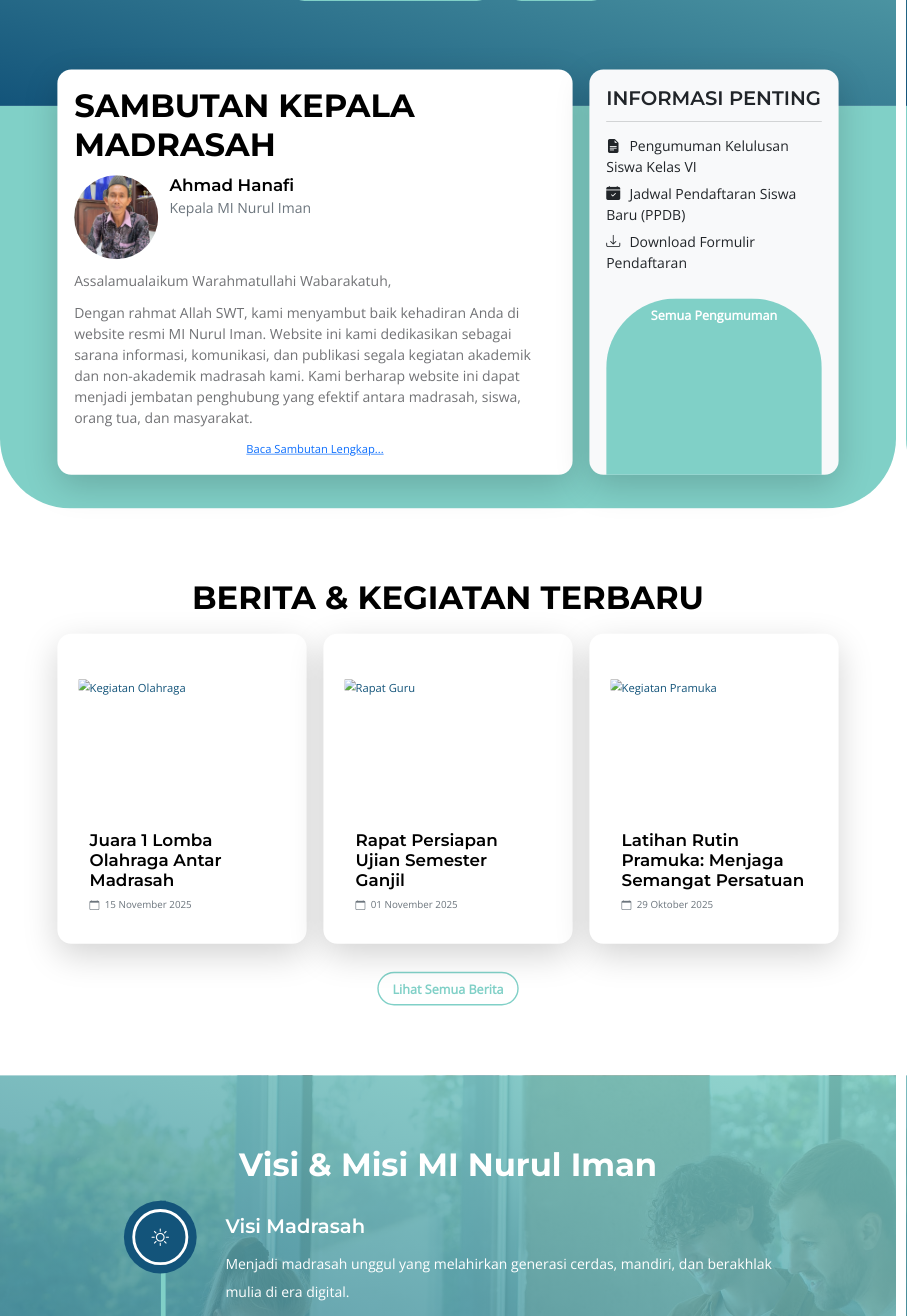
Repository: MKennyChaniago/sekolah-mi-nurul-iman
Page: resources/views/home.blade.php
The author's editor kept a copy of each file at every save. The page is drawn from the files as they stood at one save, then again after a run of saves.
The browser window is 1280 px wide. The page is 1295 px wide, so the pictures cover 1295 px, including what lies to the right of the window. The pictures show the part of the page from y = 476 to 2356 px (the page is 4549 px tall before and 4651 px after), at 70% of full size.
The page is served by the project's Laravel application, run on PHP 8.4 with Laravel 12. The template is opened directly, without the code that normally fills it, so the values that code supplies are empty.

Above is the page before, as saved 2025-12-16 01:29:27.
Console error: TypeError: Cannot read properties of undefined (reading 'top')

After the next 2 saves:
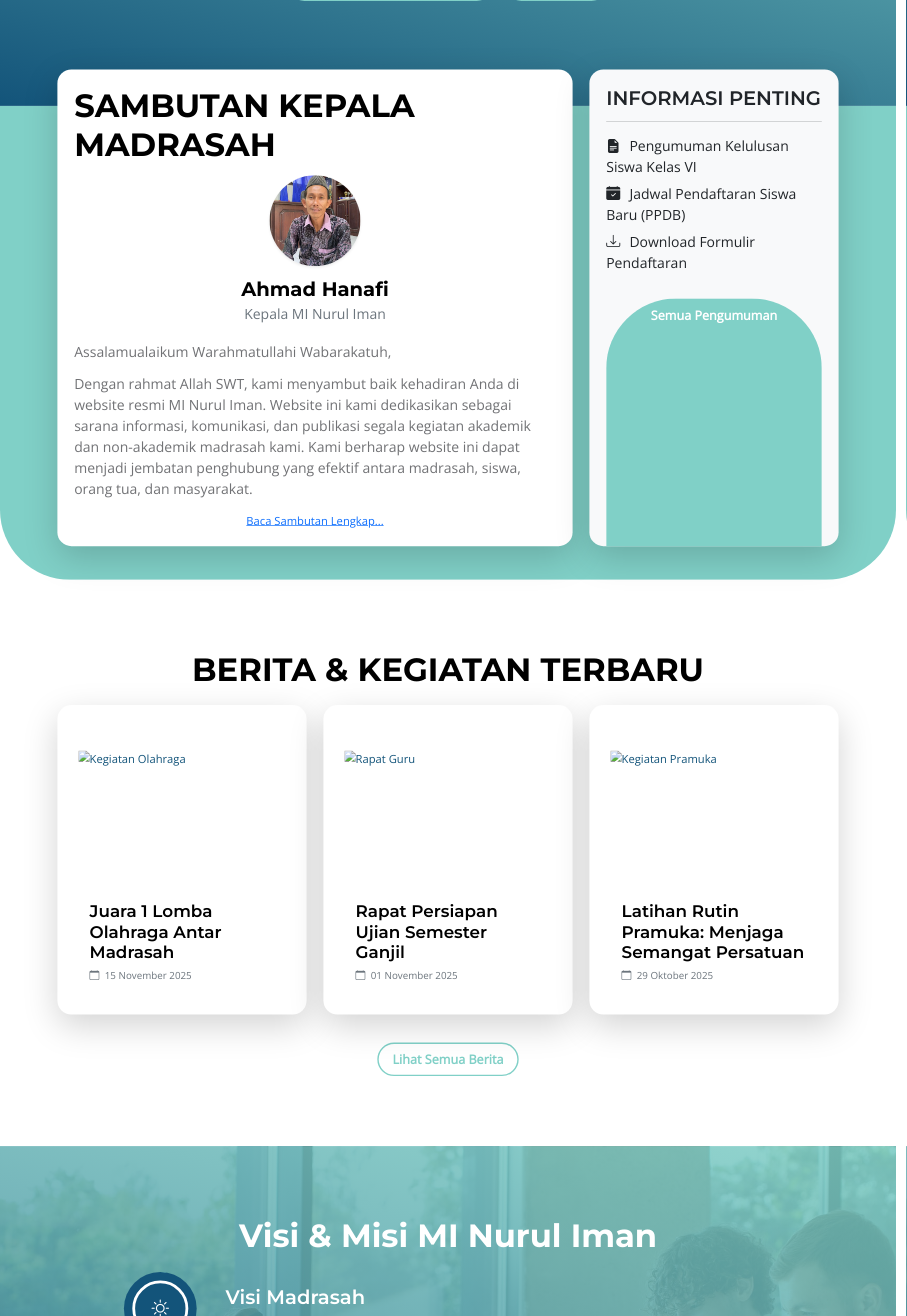
The 2 saves are shown as one change because they came seconds apart.
The last was saved 119 s later.
--- a/resources/views/home.blade.php
+++ b/resources/views/home.blade.php
@@ -32,15 +32,14 @@
                 <div class="col-lg-8 col-12 mb-4 mb-lg-0">
                     <div class="custom-block bg-white shadow-lg p-4">
                         <h2 class="mb-3">SAMBUTAN KEPALA MADRASAH</h2>
-                        <div class="d-flex mb-3">
+                        <div class="text-center mb-4">
                             <img src="{{ asset('images/kepala/kepala-madrasah.jpeg') }}"
-                                class="img-fluid me-3 rounded-circle"
-                                style="width:120px;height:120px;object-fit:cover;"
+                                class="rounded-circle shadow-sm mb-3"
+                                style="width:130px;height:130px;object-fit:cover;"
                                 alt="Kepala Madrasah">
-                            <div>
-                                <h5 class="mb-1">Ahmad Hanafi</h5>
-                                <p class="text-muted">Kepala MI Nurul Iman</p>
-                            </div>
+
+                            <h4 class="fw-bold mb-1">Ahmad Hanafi</h4>
+                            <p class="text-muted mb-0">Kepala MI Nurul Iman</p>
                         </div>
 
                         <p>Assalamualaikum Warahmatullahi Wabarakatuh,</p>
